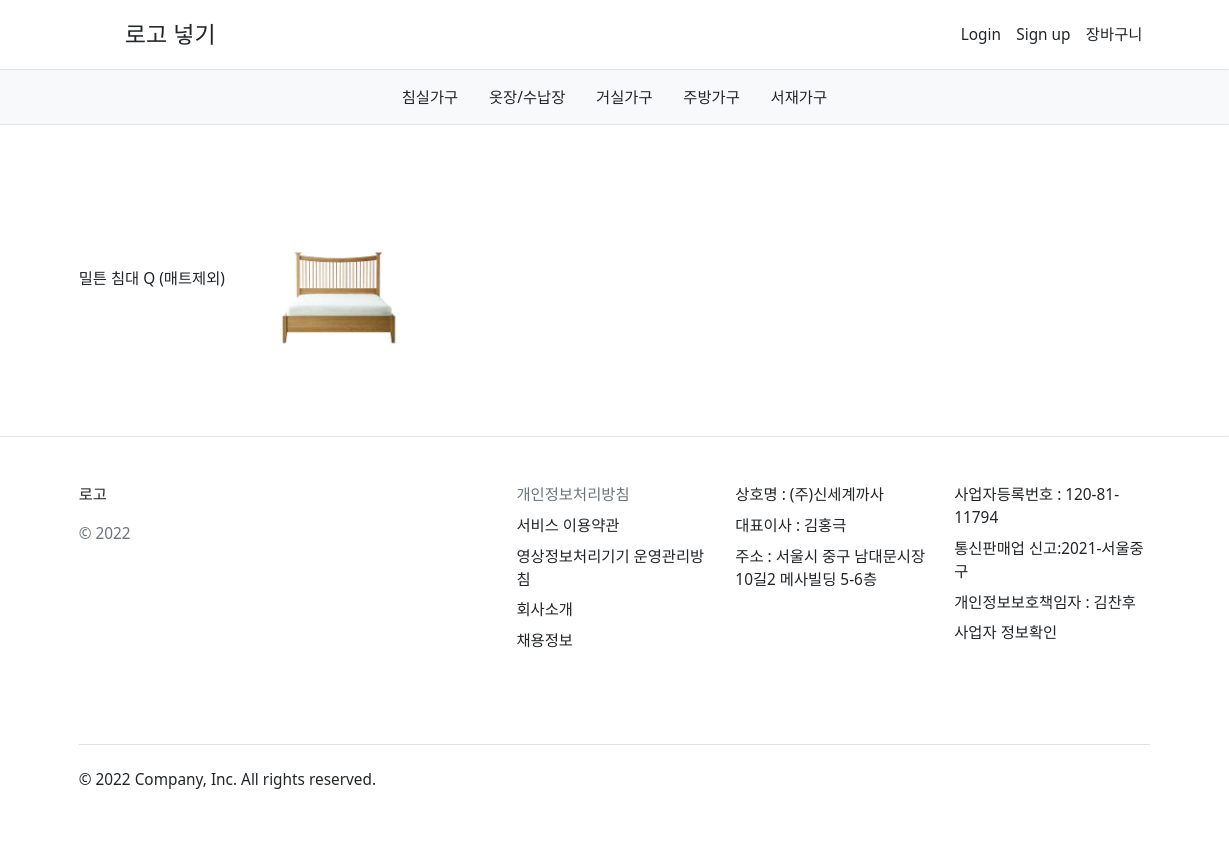
Repository: raoniee/Elice-House-Project
Page: FE/views/pages/main/item-detail-page.html
These files come from the project's save history. The page is drawn as it stood at one moment and after the next save; the edit follows.
The browser window is 1280 px wide. The pictures show the whole page, at 96% of full size.

Above is the page before, as saved 2023-07-06 14:33:56.

After the next save:
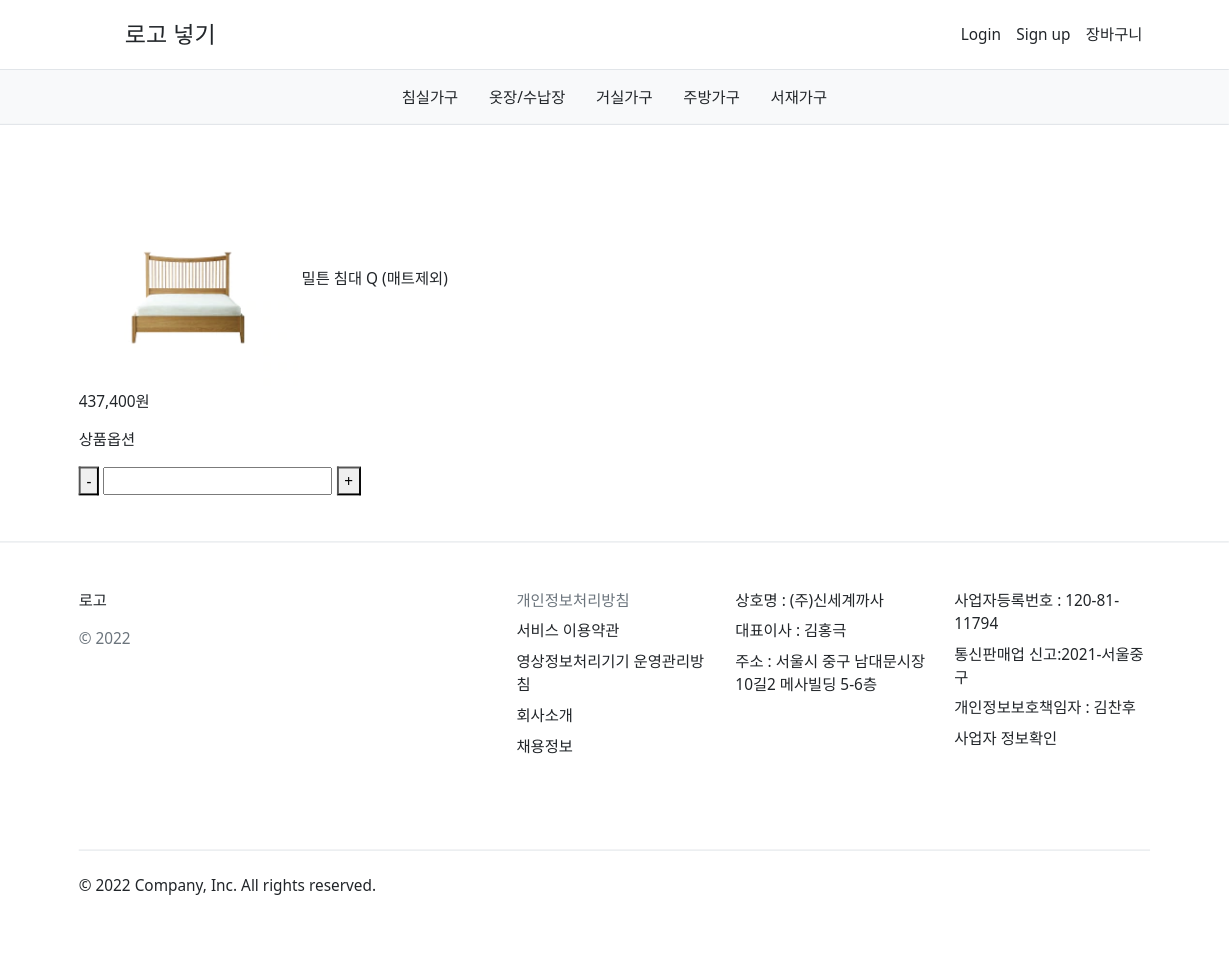
Saved 6 min 53 s later.
--- a/FE/views/pages/main/item-detail-page.html
+++ b/FE/views/pages/main/item-detail-page.html
@@ -46,11 +46,18 @@
         </div>
 
         <div class="item_detail">
-          <span class="item_detail_name">밀튼 침대 Q (매트제외)</span>
           <img
             src="../../../public/assets/imgs/item-list-card.webp"
             alt="가구"
           />
+          <span class="item_detail_name">밀튼 침대 Q (매트제외)</span>
+          <p class="item_detail_price">437,400원</p>
+          <div class="item_detail_quantity">
+            <p>상품옵션</p>
+            <button>-</button>
+            <input type="number" />
+            <button>+</button>
+          </div>
         </div>
       </div>
     </main>
